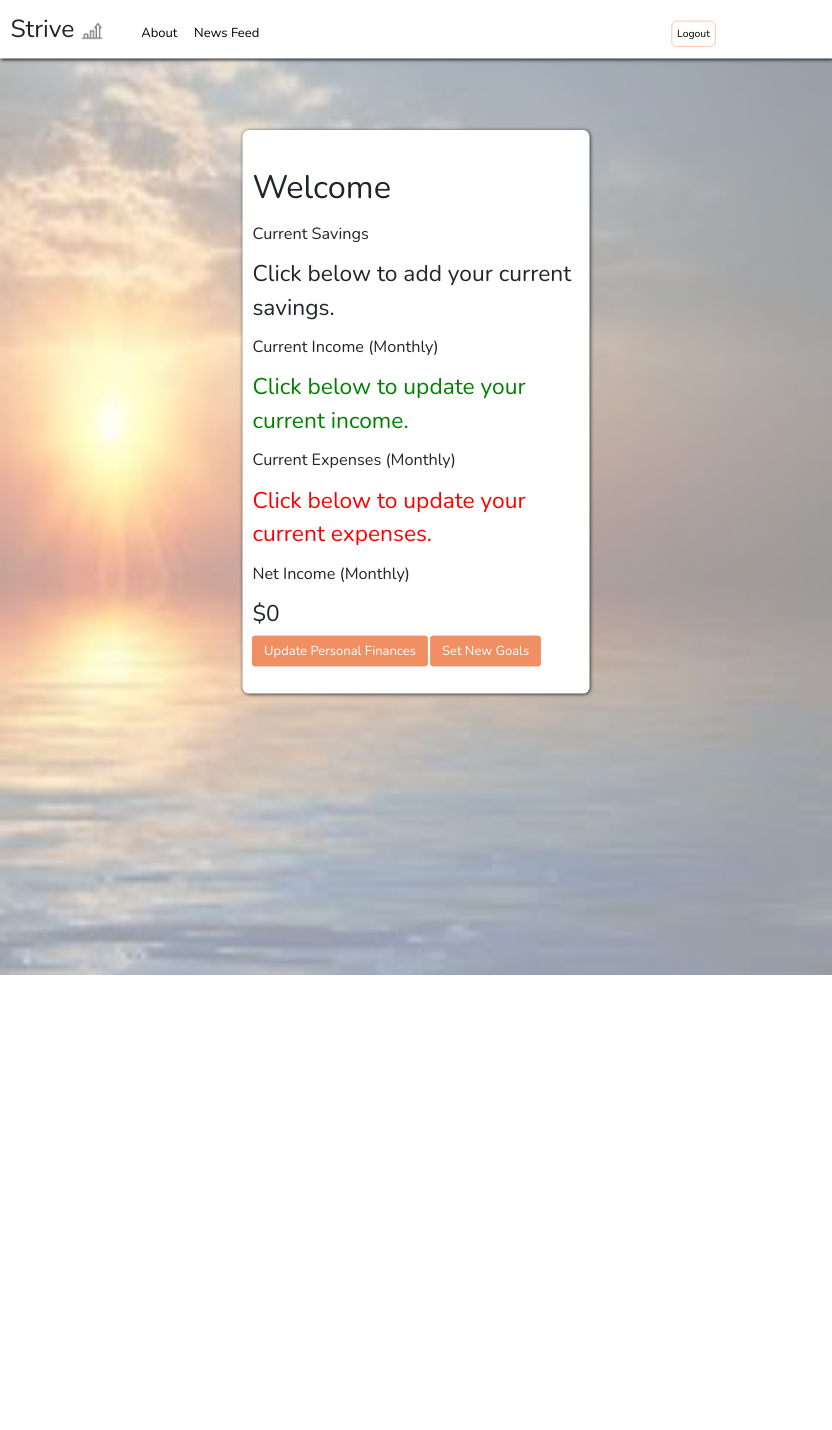
Repository: NoraOK/Strive
Page: http://localhost/strive/WEB-INF/strive/userHome.jsp
An editor plug-in stored every save of this project. The page is shown before and after the next save, followed by the edit.
The browser window is 1280 px wide. The pictures show the whole page, at 65% of full size.
The page is served by Tomcat 9. Nobody is signed in. Other server files are loaded and not shown. The template is opened directly, without the code that normally fills it, so the values that code supplies are empty.

Above is the page before, as saved 2019-12-20 16:46:55.

### strive/src/main/webapp/WEB-INF/strive/userHome.jsp
<%@ page language="java" contentType="text/html; charset=UTF-8"
    pageEncoding="UTF-8"%>
<%@ taglib prefix="c" uri="http://java.sun.com/jsp/jstl/core"%>

<!DOCTYPE html>
<html>
<head>
<meta charset="UTF-8">
<title>Strive | Home</title>
	<link rel="stylesheet"
	href="https://stackpath.bootstrapcdn.com/bootstrap/4.3.1/css/bootstrap.min.css"
	integrity="sha384-ggOyR0iXCbMQv3Xipma34MD+dH/1fQ784/j6cY/iJTQUOhcWr7x9JvoRxT2MZw1T"
	crossorigin="anonymous">
	<link href="/css/userHome.css" rel="stylesheet" type="text/css" />
	<link href="https://fonts.googleapis.com/css?family=Nunito:200,400,700&display=swap" rel="stylesheet">
</head>
<body>
	<div>
		<jsp:include page="header.jsp"/>
	</div>
	<div class="body">
		<img src="/images/sunset.jpg">
		<div class="container col-5 spotlight">
			<p class="welcome"> Welcome <c:out value="${user.firstName}"/></p>
			<c:choose>
				<c:when test="${user.currentBalance == null || user.currentIncome == null }">
					<p class="labels">Current Savings</p>
					<p class="fig">Click below to add your current savings.</p>
					<p class="labels">Current Income (Monthly)</p>
					<p class="fig inc">Click below to update your current income.</p>
					<p class="labels">Current Expenses (Monthly)</p>
					<p class="fig exp">Click below to update your current expenses.</p>
					<p class="labels">Net Income (Monthly)</p>
					<p class="fig netinc pos">$0</p>
				</c:when>
				<c:otherwise>
					<p class="labels">Current Savings</p>
					<p class="fig">$ <c:out value="${user.currentBalance}"/> </p>
					<p class="labels">Current Income (Monthly)</p>
					<p class="fig inc">$ <c:out value="${user.currentIncome}"/> </p>
					<p class="labels">Current Expenses (Monthly)</p>
					<p class="fig exp">$ <c:out value="${user.totalUserExpense}"/></p>
					<p class="labels">Net Income (Monthly)</p>
					<c:choose>
						<c:when test="${user.incomeLessExpense > 0}">
							<p class="fig netinc pos">$<c:out value="${user.incomeLessExpense}"/></p>
						</c:when>
						<c:otherwise>
							<p class="fig netinc neg">$<c:out value="${user.incomeLessExpense}"/></p>
						</c:otherwise>
					</c:choose>
				</c:otherwise>
			</c:choose>
			<a href="/updateFinances" class="button1 one col btn-lg">Update Personal Finances</a>
			<a href="/newGoal" class="button1 two col btn-lg">Set New Goals</a>
		</div>

	</div>
</body>
</html>

### strive/src/main/resources/static/css/userHome.css
.body {
	padding-top: 200px;
    position: relative;
    overflow: hidden;
    height: 2200px;
    font-family:'Nunito', sans-serif;

}

.body img {
	background-color: rgba(232,114,17,1.0);
    position: absolute;
    left: 0;
    top: 0;
    width: 100%;
    height: 1500px;
    opacity: 0.4;
}

.spotlight{
	background-color: white;
	border-radius: 10px;
	box-shadow: 1px 1px 6px;
	padding: 50px;
	padding-left: 50px;
}


.button1{
	border:2px solid #EF8F63 ;
	border-radius: 8px;
	background-color: #EF8F63;
 	padding: 12px 25px;
 	color: white;
 	width: 100%
}

.button1:hover{
	border:2px solid #F9AD86 ;
	border-radius: 8px;
	background-color: #F9AD86;
 	padding: 12px 25px;
 	color: white;
 	width: 100%

}
.one{
	margin-top: 40px;
}
.two{
	margin-top: 40px;
}

.welcome{
	font-weight: 200;
	font-size: 50px;
}

.labels{
	font-weight: 200;
	font-size: 25px;
}

.inc{
	color: green;
}
.exp{
	color: red;
}

.fig{
	font-size: 35px;
}

### strive/src/main/resources/static/css/header.css
header{
	box-shadow: 2px 2px 5px;
	height: 90px;
	z-index: 10;
    position: fixed;
    width: 100%;
    font-family:'Nunito', sans-serif;
    background-color: white;
}

.logo{
	font-size: 38px;

}
.header_img{
	background-color: white;
	width: 35px;
	opacity: .5;
}

.button{
	font-size: 17px;
	color: black;
}

.link {
	font-size: 20px;
	color: black;
}

a:link {
  text-decoration: none;
}

a:visited {
  text-decoration: none;
}

a:hover {
  text-decoration: none;
}

.logout_button{
	border: solid 1.5px #F9AD86;
	border-radius: 8px;
	padding:  8px;
	color: black;
}

.logout_button:hover {
	background-color: #F9AD86;
	color: white;
}

.buttons{
	margin-left: 50%;
}

.home_button{
	color: black;
}

Loaded but not shown: strive/src/main/webapp/WEB-INF/strive/header.jsp (common file)

After the next save:
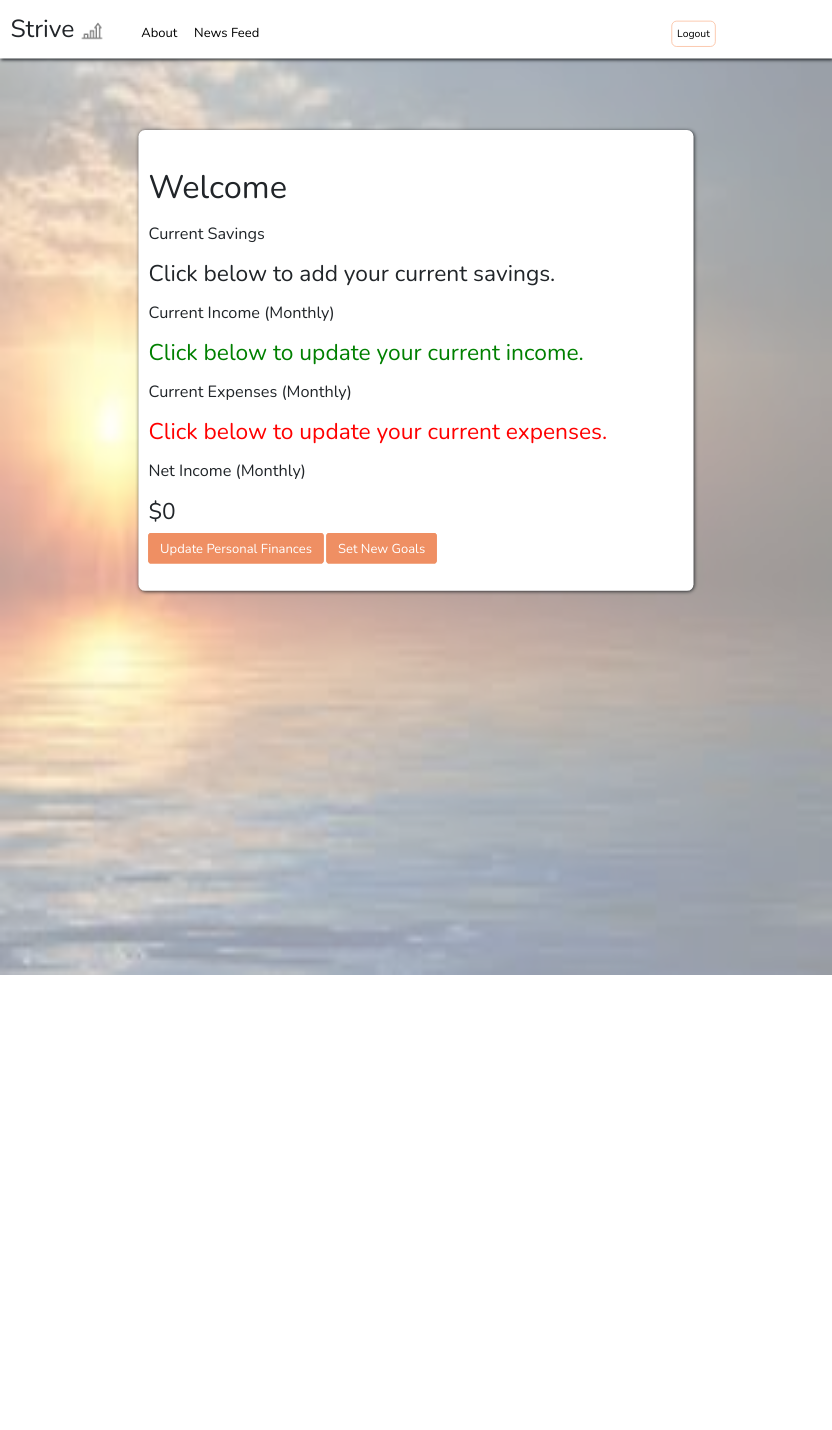
Saved 36 s later.
--- a/strive/src/main/webapp/WEB-INF/strive/userHome.jsp
+++ b/strive/src/main/webapp/WEB-INF/strive/userHome.jsp
@@ -20,7 +20,7 @@
 	</div>
 	<div class="body">
 		<img src="/images/sunset.jpg">
-		<div class="container col-5 spotlight">
+		<div class="container col-8 spotlight">
 			<p class="welcome"> Welcome <c:out value="${user.firstName}"/></p>
 			<c:choose>
 				<c:when test="${user.currentBalance == null || user.currentIncome == null }">
